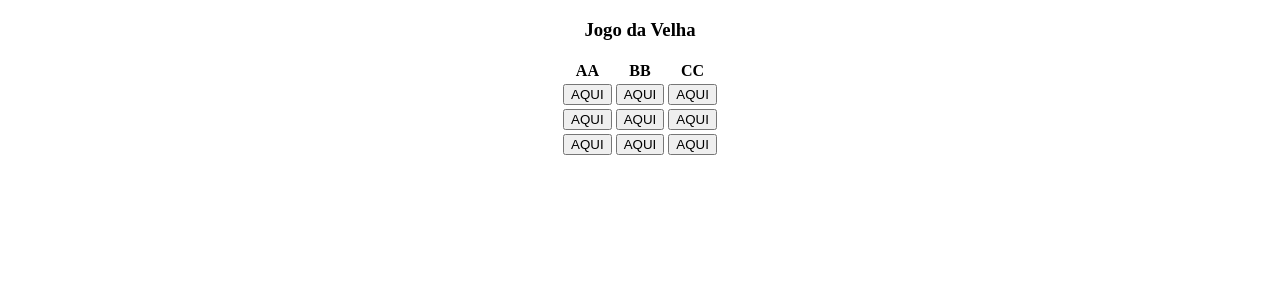
Repository: heitorAlbu/Jogodavelha
Page: Jogo/WebContent/Home.html
An editor plug-in stored every save of this project. The page is shown before and after the next save, followed by the edit.
The browser window is 1280 px wide. The pictures show the whole page.

Above is the page before, as saved 2020-05-30 23:56:43.

### Jogo/WebContent/Home.html
<!DOCTYPE html>
<html>
<head>
<meta charset="ISO-8859-1">
<title>Jogo da  Velha </title>
</head>
<body>

	<center>
		<h3>Jogo da Velha</h3>
		<form>
			<table>
		<thead>
			<tr>
				<th>AA</th>
				<th>BB</th>
				<th>CC</th>
			</tr>
		</thead>

		<tbody>
		<tr>
			<td><Button type="submit">AQUI</Button></td>
			<td><Button type="submit">AQUI</Button></td>
			<td><Button type="submit">AQUI</Button></td>
		</tr>
		<tr>
			<td><Button type="submit">AQUI</Button></td>
			<td><Button type="submit">AQUI</Button></td>
			<td><Button type="submit">AQUI</Button></td>
		</tr>
		<tr>
			<td><Button type="submit">AQUI</Button></td>
			<td><Button type="submit">AQUI</Button></td>
			<td><Button type="submit">AQUI</Button></td>
		</tr>

		</tbody>

	</table>

		</form>


	</center>



	<script>

	</script>
</body>
</html>

After the next save:
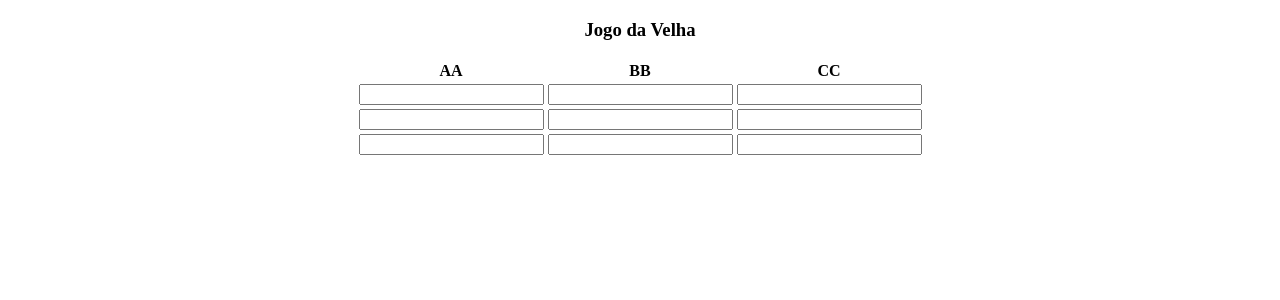
Saved 14 min 0 s later.
--- a/Jogo/WebContent/Home.html
+++ b/Jogo/WebContent/Home.html
@@ -8,7 +8,7 @@
 
 	<center>
 		<h3>Jogo da Velha</h3>
-		<form>
+		<form action="/Jogo/JogoDaVelhaServlet" method="get">
 			<table>
 		<thead>
 			<tr>
@@ -20,19 +20,19 @@
 
 		<tbody>
 		<tr>
-			<td><Button type="submit">AQUI</Button></td>
-			<td><Button type="submit">AQUI</Button></td>
-			<td><Button type="submit">AQUI</Button></td>
+			<td><input type="text"></td>
+			<td><input type="text"></td>
+			<td><input type="text"></td>
 		</tr>
 		<tr>
-			<td><Button type="submit">AQUI</Button></td>
-			<td><Button type="submit">AQUI</Button></td>
-			<td><Button type="submit">AQUI</Button></td>
+			<td><input type="text"></td>
+			<td><input type="text"></td>
+			<td><input type="text"></td>
 		</tr>
 		<tr>
-			<td><Button type="submit">AQUI</Button></td>
-			<td><Button type="submit">AQUI</Button></td>
-			<td><Button type="submit">AQUI</Button></td>
+			<td><input type="text"></td>
+			<td><input type="text"></td>
+			<td><input type="text"></td>
 		</tr>
 
 		</tbody>
